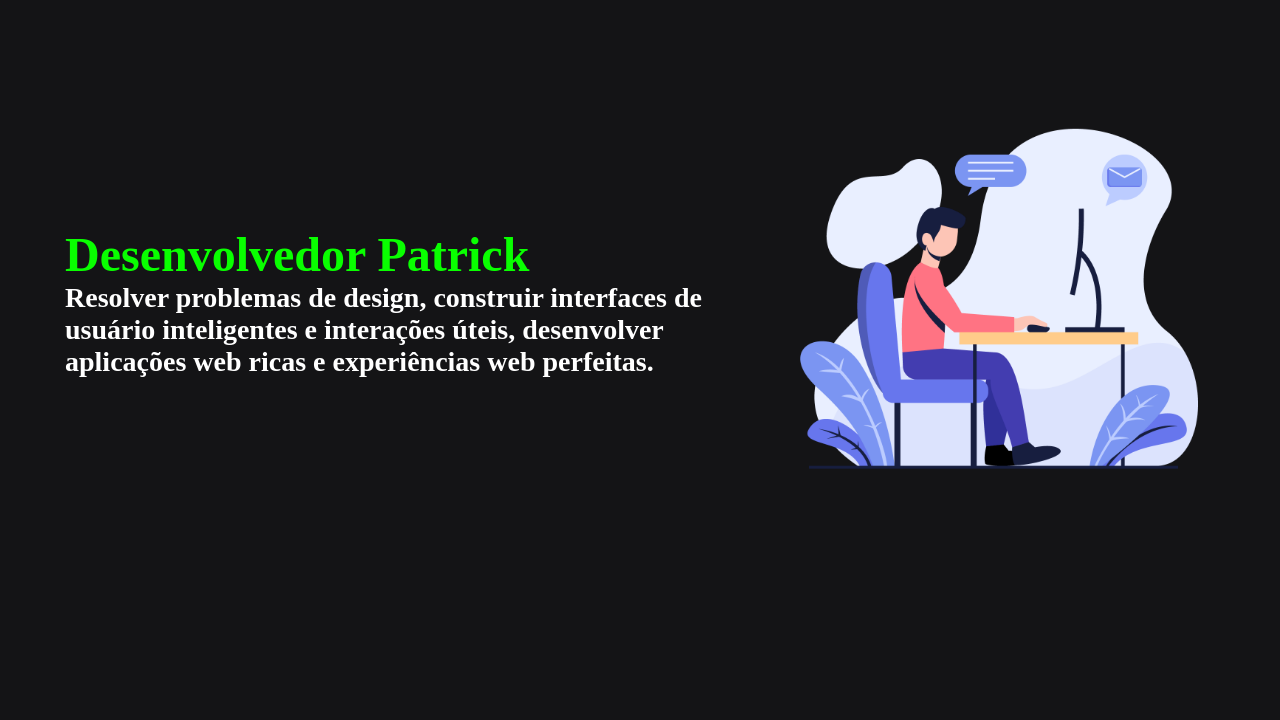
Repository: PatrickAlmeida007/aula1811
Page: index.html
The author's editor kept a copy of each file at every save. The page is drawn from the files as they stood at one save, then again after a run of saves.
The browser window is 1280 px wide. The pictures show the whole page.

Above is the page before, as saved 2023-11-18 15:40:11.

### index.html
<!DOCTYPE html>
<html lang="pt-br">
<head>
    <meta charset="UTF-8">
    <meta name="viewport" content="width=device-width, initial-scale=1.0">
    <title>Aula 18-11</title>
    <link rel="stylesheet" href="style.css">
</head>
<body>
    <section class="section">
        <div class="container">
            <div class="sobre">

                <div class="sobre__conteudo">
                    <h1 class="sobre__titulo sobre__titulo--verde">
                        Desenvolvedor Patrick
                    </h1>
                    <p class="sobre__decricao">
                        Resolver problemas de design, construir interfaces de usuário inteligentes e interações úteis, desenvolver aplicações web ricas e experiências web perfeitas.
                    </div>
                    <div class="sobre__imagem">
                        <img src="./imagens/campiuter gai.png" alt="computer-guy">
                    </div>
                </div>
            </div>
        </div>
    </section>
</body>
</html>

### style.css
/* http://meyerweb.com/eric/tools/css/reset/
   v2.0 | 20110126
   License: none (public domain)
*/

html, body, div, span, applet, object, iframe,
h1, h2, h3, h4, h5, h6, p, blockquote, pre,
a, abbr, acronym, address, big, cite, code,
del, dfn, em, img, ins, kbd, q, s, samp,
small, strike, strong, sub, sup, tt, var,
b, u, i, center,
dl, dt, dd, ol, ul, li,
fieldset, form, label, legend,
table, caption, tbody, tfoot, thead, tr, th, td,
article, aside, canvas, details, embed,
figure, figcaption, footer, header, hgroup,
menu, nav, output, ruby, section, summary,
time, mark, audio, video {
	margin: 0;
	padding: 0;
	border: 0;
	font-size: 100%;
	font: inherit;
	vertical-align: baseline;
}
/* HTML5 display-role reset for older browsers */
article, aside, details, figcaption, figure,
footer, header, hgroup, menu, nav, section {
	display: block;
}
body {
	line-height: 1;
    background: rgb(20, 20, 22 )
}
ol, ul {
	list-style: none;
}
blockquote, q {
	quotes: none;
}
blockquote:before, blockquote:after,
q:before, q:after {
	content: '';
	content: none;
}
table {
	border-collapse: collapse;
	border-spacing: 0;
}

.container {
    width:100%;
    max-width: 1150px;
    margin: 0 auto;
}

.section {
    padding: 80px 0;
}

.sobre{
  display: flex;
  justify-content: space-between;
  align-items: center;
}
.sobre__conteudo {

}
.sobre__titulo{
    font-size:48px;
    line-height: normal;
    font-weight: 700;
}

.sobre__titulo--verde{
    color:rgb(9, 255, 0);
}

.sobre__decricao{
    font-size:28px;
    line-height:normal;
    font-weight:700;
    color: #ffffff;
}
.sobre__imagem{
    width:100%;
    height: 100%;
    max-width:600px;
    max-height:600px;
}

.sobre__imagem img {
    object-fit: contain;
    width: 100%;
    height: 100%;
}

After the next 3 saves:
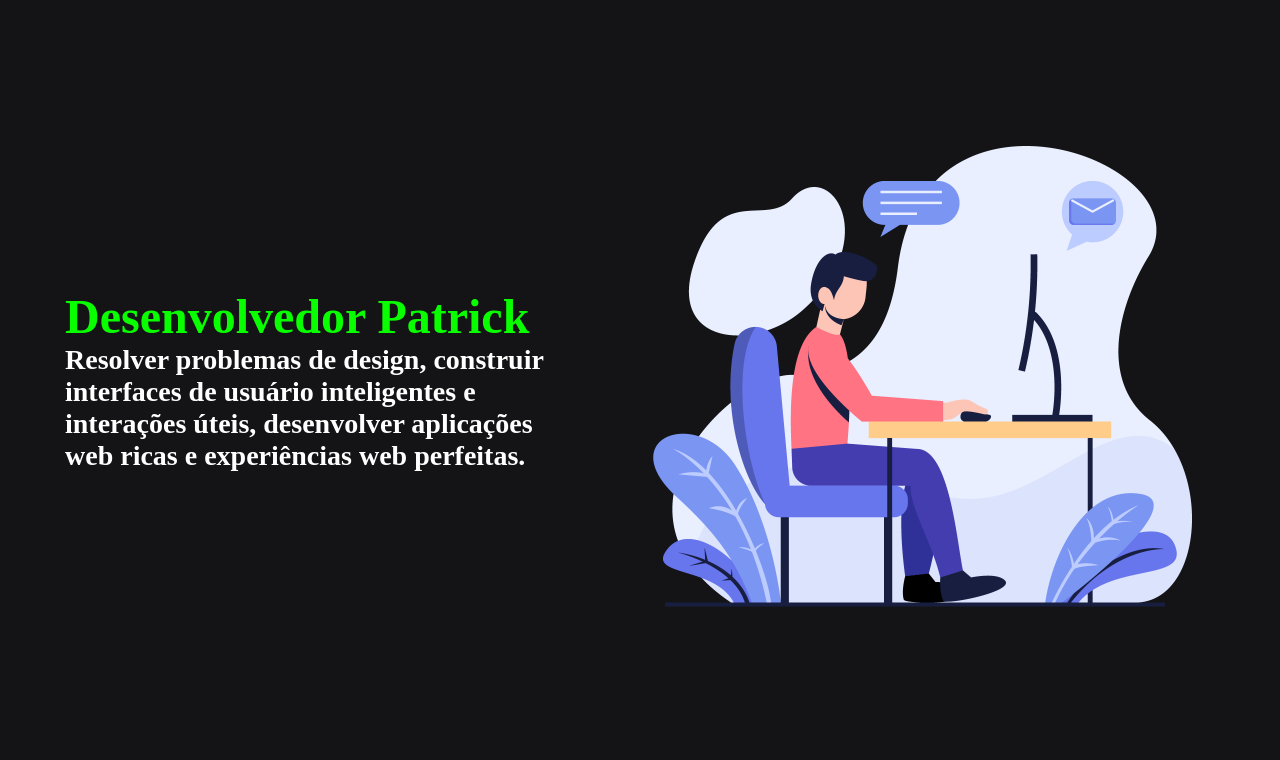
The 3 saves are shown as one change because they came seconds apart.
The last was saved 109 s later.
--- a/style.css
+++ b/style.css
@@ -64,7 +64,7 @@ table {
   align-items: center;
 }
 .sobre__conteudo {
-
+    max-width:500px;
 }
 .sobre__titulo{
     font-size:48px;
